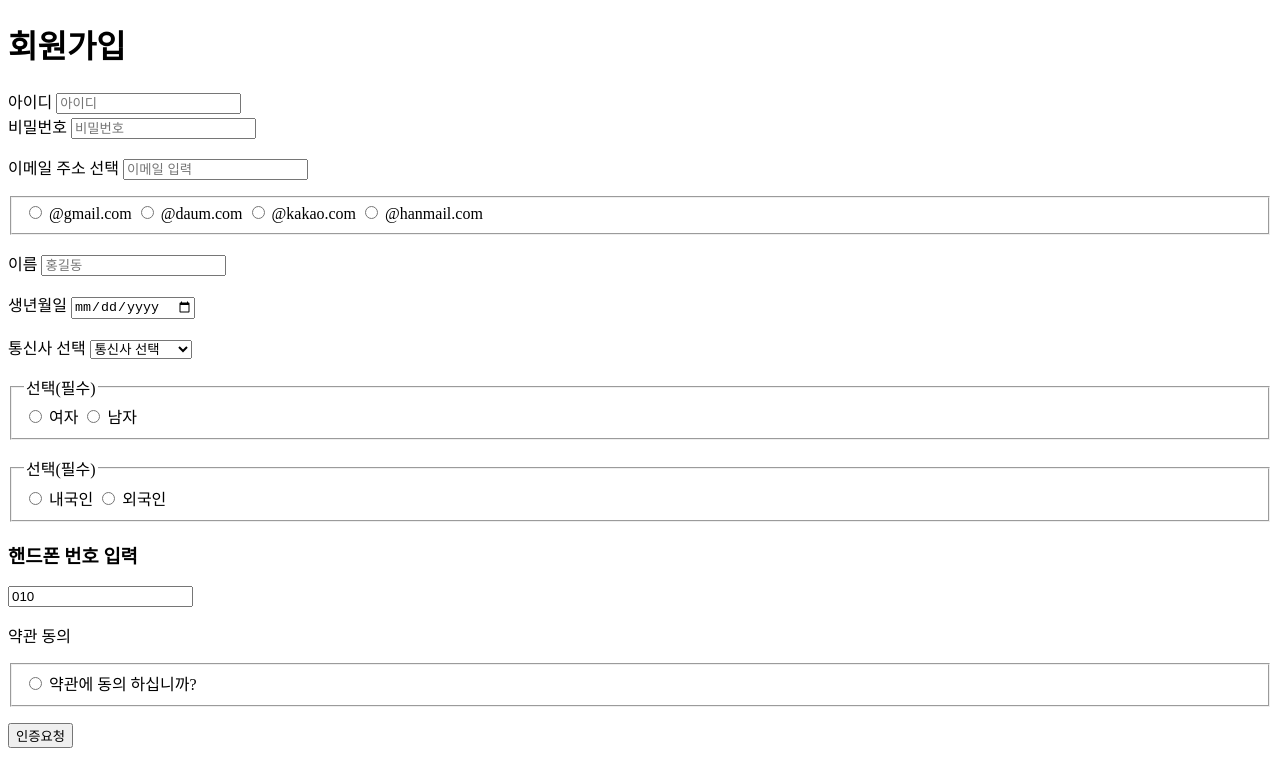
Repository: guswnsdldl/gb
Page: html workspace/h_form/src/main/webapp/join.html
An editor plug-in stored every save of this project. The page is shown before and after the next save, followed by the edit.
The browser window is 1280 px wide. The pictures show the whole page.

Above is the page before, as saved 2024-08-06 08:16:44.

### html workspace/h_form/src/main/webapp/join.html
<!DOCTYPE html>
<html>
<head>
<meta charset="UTF-8">
<title>join</title>
</head>
<body>
<h1>회원가입</h1>
<form>
<div> 아이디
<input type="text" name="user-id" placeholder="아이디" required><br>
비밀번호
<input type="password" name="user-password" placeholder="비밀번호">
</div>
<div> <p>이메일 주소 선택
<input type="text" name="user-email" placeholder="이메일 입력"><fieldset>
 <label><input type="radio" name="email" value="@gmail.com">
            @gmail.com</label>
  <label><input type="radio" name="email" value="@daum.com">
            @daum.com</label>
  <label><input type="radio" name="email" value="@kakao.com">
            @kakao.com</label>
  <label><input type="radio" name="email" value="@hanmail.com">
            @hanmail.com</label>
</fieldset>

</div>
<div>
<p>이름
<input type="text" name="user-name" placeholder="홍길동" required><br>
</div>
<div><p>
생년월일 <input type="date">
</div>

<div><p>
통신사 선택
<select name="select-telecom">
            <option value="" selected>통신사 선택</option>
            <option value="computer">KT</option>
            <option value="model">SKT</option>
            <option value="nurse">LG U+</option>
            <option value="music">KT 알뜰폰</option>
            <option value="mechanic">SKT 알뜰폰</option>
             <option value="mechanic">LG U+ 알뜰폰</option>
   </select>
</div>
<div>
<p><fieldset>
        <legend>선택(필수)</legend>
          <label> <input type="radio" name="gender" value="여자">
            여자
         </label><label> <input type="radio" name="gender" value="남자">
            남자
         </label>
      </fieldset>
</div>
<div>
<p><fieldset>
        <legend>선택(필수)</legend>
          <label> <input type="radio" name="from" value="korean">
            내국인
         </label><label> <input type="radio" name="from" value="foreigner">
            외국인
         </label>
      </fieldset>
</div>
<div>
<p><h3>핸드폰 번호 입력</h3>
<input type="tel" name="user-telephone" placeholder="전화번호" value="010" required>
</div>

<div><p> 약관 동의
 <fieldset>
 <label> <input type="radio" name="agree" value="agree">
            약관에 동의 하십니까?</label>
</fieldset>
</div>
<div>
<p> <input type="button" value="인증요청" required>


</div>

</form>

</body>
</html>

After the next save:
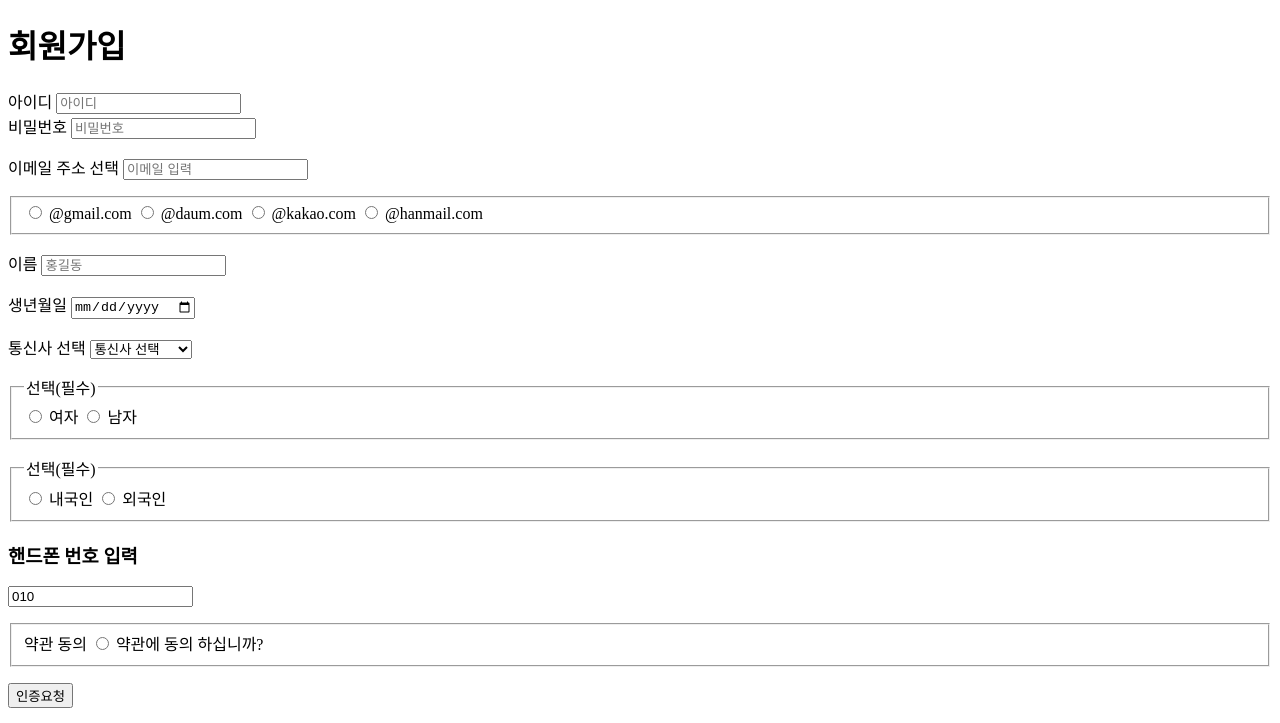
Saved 13 s later.
--- a/html workspace/h_form/src/main/webapp/join.html
+++ b/html workspace/h_form/src/main/webapp/join.html
@@ -70,8 +70,9 @@
 <input type="tel" name="user-telephone" placeholder="전화번호" value="010" required>
 </div>
 
-<div><p> 약관 동의
+<div><p>
  <fieldset>
+ 약관 동의
  <label> <input type="radio" name="agree" value="agree">
             약관에 동의 하십니까?</label>
 </fieldset>
